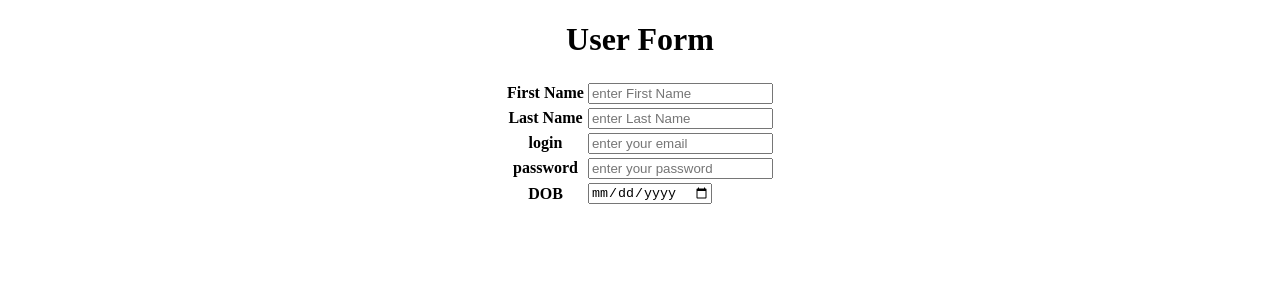
Repository: Deepak9669/JSP-Servlet
Page: http://localhost/Dynamic-Web-Project/Form.jsp
These files come from the project's save history. The page is drawn as it stood at one moment and after the next save; the edit follows.
The browser window is 1280 px wide. The pictures show the whole page.
The page is served by Tomcat 9. Other server files are loaded and not shown.

Above is the page before, as saved 2025-09-28 08:41:59.

### Dynamic-Web-Project/WebContent/Form.jsp
<%@ page language="java" contentType="text/html; charset=ISO-8859-1"
    pageEncoding="ISO-8859-1"%>
<!DOCTYPE html>
<html>
<head>
<meta charset="ISO-8859-1">
<title>Insert title here</title>
</head>
<body>
<div align ="center">

  <h1>User Form</h1>
  <form action="GetForm.jsp">

    <table>
      <tr>

     <th>First Name</th>

     <td><input type="text" name="firstName" value=""
      placeHolder="enter First Name"></td>

      </tr>

      <tr>

       <th>Last Name</th>
        <td><input type ="text" name="lastName" value=""
          placeholder="enter Last Name"></td>

       </tr>


             <tr>

              <th>login</th>
                <td><input type="email" name="login" value=""
                  placeholder="enter your email"></td>
             </tr>

              <tr>
              <th>password</th>
              <td><input type="Password" name "password"value=""
               placeholder="enter your password"></td>

               <tr>
                 <th>DOB</th>
                  <td><input type="Date" name="dob" value=""></td>

              </tr>

       </table>

     </form>

    </div>

   </body>

  </html>

After the next save:
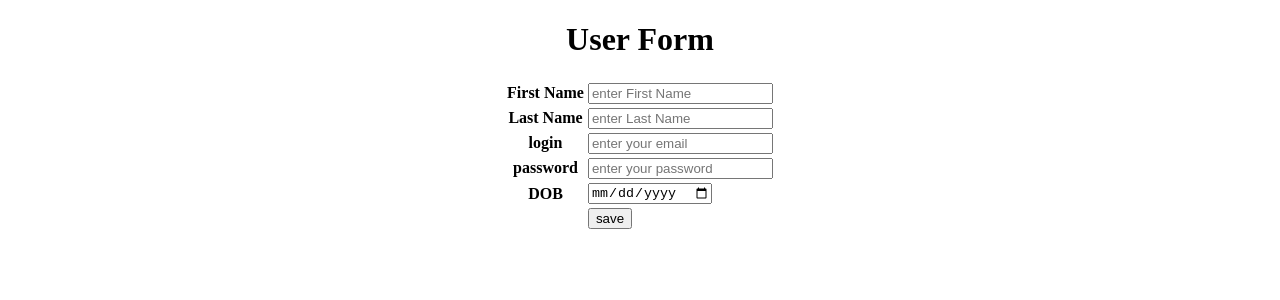
Saved 14 min 45 s later.
--- a/Dynamic-Web-Project/WebContent/Form.jsp
+++ b/Dynamic-Web-Project/WebContent/Form.jsp
@@ -40,14 +40,19 @@
 
               <tr>
               <th>password</th>
-              <td><input type="Password" name "password"value=""
+              <td><input type="password" name="password"value=""
                placeholder="enter your password"></td>
 
                <tr>
                  <th>DOB</th>
-                  <td><input type="Date" name="dob" value=""></td>
+                  <td><input type="date" name="dob" value=""></td>
 
               </tr>
+
+                <tr>
+                <th></th>
+                <td><input type="submit"value="save"name="operation"></td>
+                </tr>
 
        </table>
 
